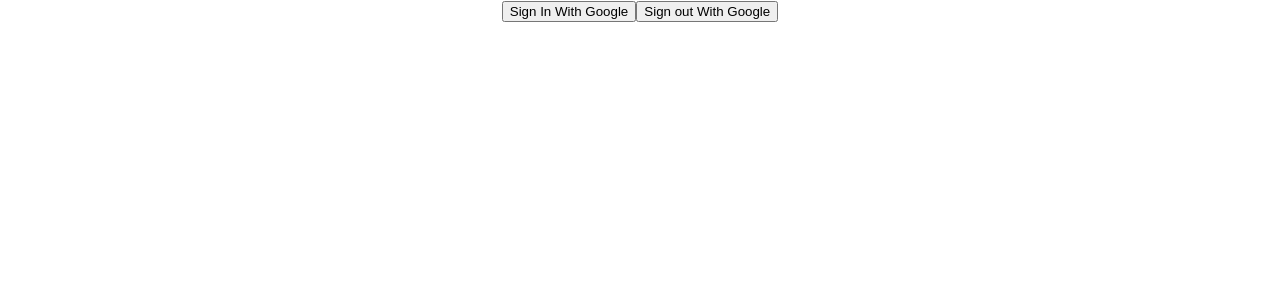
Repository: Baskaran-Ra/ReactJs-GoogleAuth
Page: / (app in google-login/)
The author's editor kept a copy of each file at every save. The page is drawn from the files as they stood at one save, then again after the next save.
The browser window is 1280 px wide. The pictures show the whole page.
The page's requests for data from a server got no answer. The project was rebuilt for these pictures with package versions that can differ from the ones it lists, and the page was loaded fresh each time. No one was signed in, and anything a server would have sent is missing.

Above is the page before, as saved 2022-12-19 18:16:17.

### google-login/src/App.js

import { signInWithGoogle,signOutWithGoogle } from "./Firebase";
import './App.css';


function App() {
  const logout=() =>{
    localStorage.clear()
    window.location.reload()
  }
  return (
    <div className="App">
     <button onClick={signInWithGoogle}>Sign In With Google </button>
     <button onClick={logout}>Sign out With Google </button>

     <h1>{localStorage.getItem("name")}</h1>
     <h1>{localStorage.getItem("email")}</h1>
     <img src={localStorage.getItem("profilePic")}/>

    </div>

  );

}


export default App;

### google-login/src/Firebase.js


import { initializeApp } from "firebase/app";
import { getAnalytics } from "firebase/analytics";
import { getAuth, GoogleAuthProvider,signInWithPopup,signOut } from "firebase/auth";



const firebaseConfig = {
  apiKey: "AIzaSyAFiYyglWyqAOcW5AQTUlDQTxCx0l02wak",
  authDomain: "charismatic-age-372110.firebaseapp.com",
  projectId: "charismatic-age-372110",
  storageBucket: "charismatic-age-372110.appspot.com",
  messagingSenderId: "29021198630",
  appId: "1:29021198630:web:ae29b08742088ca38089e7",
  measurementId: "G-Q81R1VVPJB"
};


const app = initializeApp(firebaseConfig);
const analytics = getAnalytics(app);
export const auth = getAuth(app)
const provider = new GoogleAuthProvider()
export const signInWithGoogle = () => {
    signInWithPopup(auth,provider).then((result) =>{
        const name = result.user.displayName;
        const email = result.user.email;
        const profilePic = result.user.photoURL;

        localStorage.setItem("name",name);
        localStorage.setItem("email",email);
        localStorage.setItem("profilePic",profilePic);

    }).catch((error) => {
        console.error();
    });

}
export const signOutWithGoogle = () => {

    signOutWithGoogle(auth).then(() => {
  // Sign-out successful.
}).catch((error) => {
  // An error happened.
});
}

Loaded but not shown: google-login/public/index.html (common file); google-login/src/index.js (common file); google-login/src/index.css (common file); google-login/src/reportWebVitals.js (common file); google-login/src/App.css (common file)

After the next save:
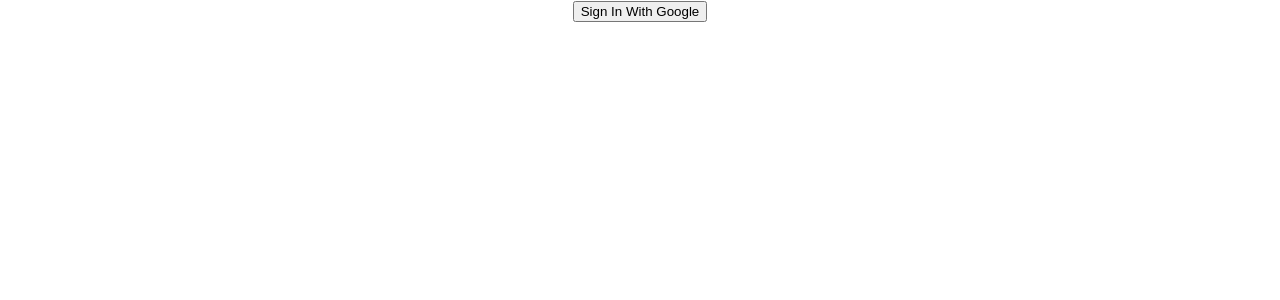
Saved 16 s later.
--- a/google-login/src/App.js
+++ b/google-login/src/App.js
@@ -11,7 +11,7 @@
   return (
     <div className="App">
      <button onClick={signInWithGoogle}>Sign In With Google </button>
-     <button onClick={logout}>Sign out With Google </button>
+     {/* <button onClick={logout}>Sign out With Google </button> */}
 
      <h1>{localStorage.getItem("name")}</h1>
      <h1>{localStorage.getItem("email")}</h1>

After the save that followed:
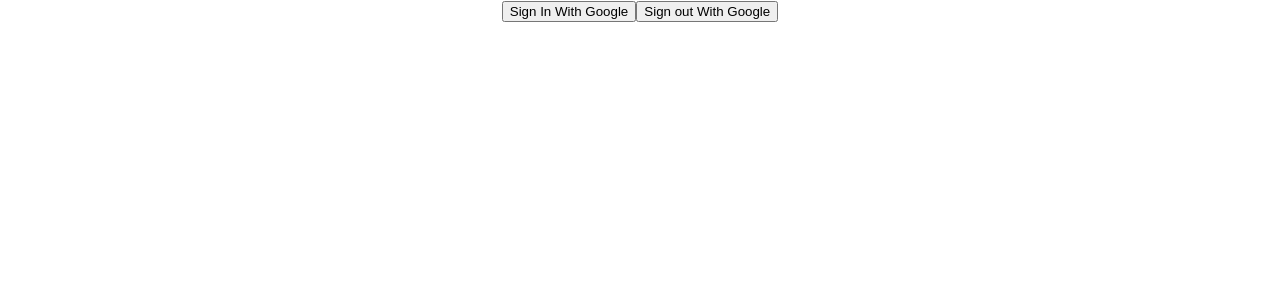
Saved 8 s later.
--- a/google-login/src/App.js
+++ b/google-login/src/App.js
@@ -11,7 +11,7 @@
   return (
     <div className="App">
      <button onClick={signInWithGoogle}>Sign In With Google </button>
-     {/* <button onClick={logout}>Sign out With Google </button> */}
+     <button onClick={logout}>Sign out With Google </button>
 
      <h1>{localStorage.getItem("name")}</h1>
      <h1>{localStorage.getItem("email")}</h1>
